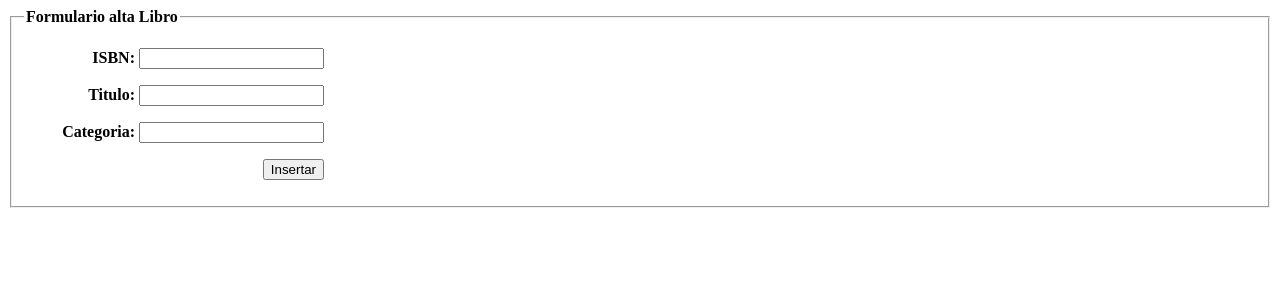
Repository: pedrodelg/Aplicacion01HTML
Page: http://localhost/Aplicacion01HTML/FormularioInsertarLibro.jsp
These files come from the project's save history. The page is drawn as it stood at one moment and after the next save; the edit follows.
The browser window is 1280 px wide. The pictures show the whole page.
The page is served by Tomcat 9. Nobody is signed in. The application's start-up code is not run.

Above is the page before, as saved 2016-03-29 03:22:09.

After the next save:
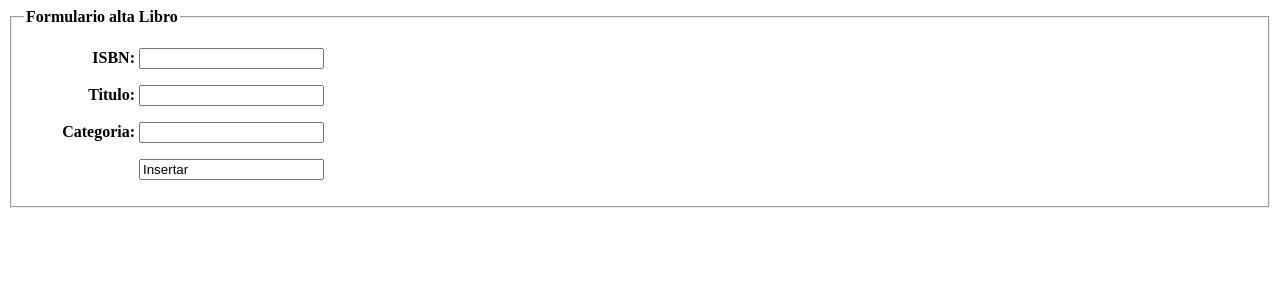
Saved 6 days later.
--- a/Aplicacion01HTML/WebContent/FormularioInsertarLibro.jsp
+++ b/Aplicacion01HTML/WebContent/FormularioInsertarLibro.jsp
@@ -23,7 +23,7 @@
 	<p><label for="categoria">Categoria:</label>
 	<input id="categoria" type="text" name="categoria"></p>
 	<p>
-	<input type="submit" value="Insertar">
+	<input type="buttom" value="Insertar">
 	</p>
 
 </fieldset>

After the save that followed:
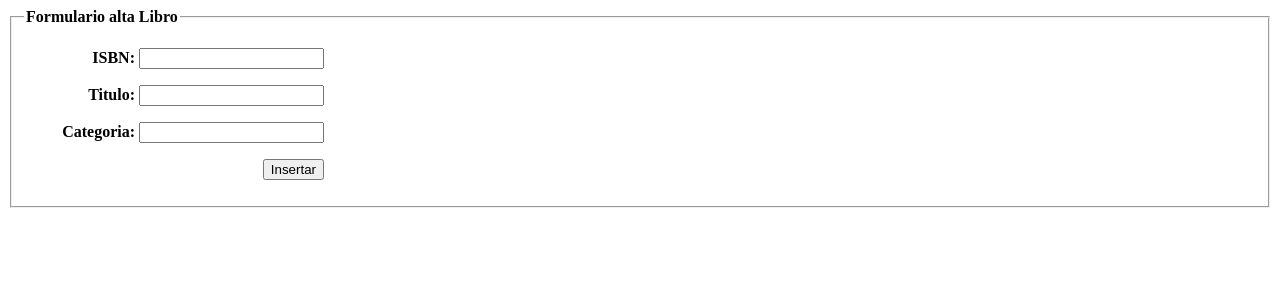
Saved 64 s later.
--- a/Aplicacion01HTML/WebContent/FormularioInsertarLibro.jsp
+++ b/Aplicacion01HTML/WebContent/FormularioInsertarLibro.jsp
@@ -23,7 +23,7 @@
 	<p><label for="categoria">Categoria:</label>
 	<input id="categoria" type="text" name="categoria"></p>
 	<p>
-	<input type="buttom" value="Insertar">
+	<input type="submit" value="Insertar">
 	</p>
 
 </fieldset>
